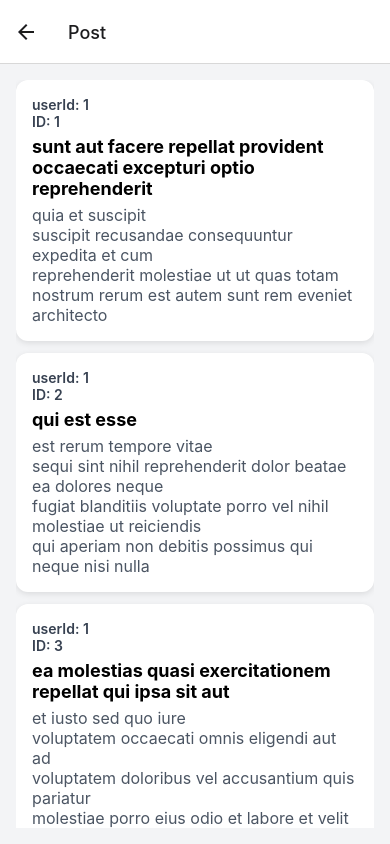
Repository: nawaz1568/Task_counter
Screen: /Post
These files come from the project's save history. The screen is drawn as it stood at one moment and after the next save; the edit follows.
The page's requests for data from a server got no answer. An inner scrolling area shows only its first screen. The app was drawn by React Native's web renderer in a window 390 px wide. The project was rebuilt for these pictures with package versions that can differ from the ones it lists, and the page was loaded fresh each time. No one was signed in, and anything a server would have sent is missing. Also part of the build but not shown: src/components/Header.js, src/screens/PostListScreen.js, src/screens/PostDetailScreen.js, src/screens/CounterScreen.js, src/screens/AnotherDetailScreen.js.

Above is the screen before, as saved 2025-09-09 14:25:44.

After the next save:
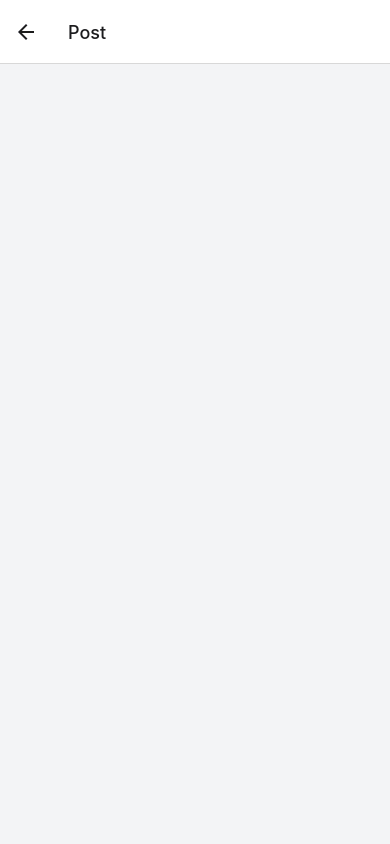
Saved 101 s later.
--- a/src/screens/PostsScreen.js
+++ b/src/screens/PostsScreen.js
@@ -1,64 +1,48 @@
-import React from 'react';
-import { View, Text, FlatList, TouchableOpacity, StyleSheet } from 'react-native';
-import postsData from '../data/posts.json'; // your JSON file
+import React, { useEffect, useState } from 'react';
+import { View, Text, FlatList, TouchableOpacity, StyleSheet, ActivityIndicator } from 'react-native';
 
 export default function PostsScreen({ navigation }) {
+  const [posts, setPosts] = useState([]);
+  const [loading, setLoading] = useState(true);
+
+  useEffect(() => {
+    fetch('https://jsonplaceholder.typicode.com/posts')
+      .then((res) => res.json())
+      .then((data) => setPosts(data))
+      .finally(() => setLoading(false))
+      .catch((err) => console.log(err));
+  }, []);
+
   const renderItem = ({ item }) => (
     <TouchableOpacity
       style={styles.card}
       onPress={() =>
         navigation.navigate('AnotherDetails', {
-          name: item.title,        // pass title
-          description: item.body,  // pass body
+          name: item.title,
+          description: item.body,
         })
       }
     >
-      <Text style={styles.heading}>userId: {item.userId}</Text>
-      <Text style={styles.heading}>ID: {item.id}</Text>
+      <Text style={styles.heading}>User ID: {item.userId}</Text>
+      <Text style={styles.heading}>Post ID: {item.id}</Text>
       <Text style={styles.title}>{item.title}</Text>
       <Text style={styles.body}>{item.body}</Text>
     </TouchableOpacity>
   );
 
+  if (loading) return <ActivityIndicator size="large" style={{ flex: 1 }} />;
+
   return (
     <View style={styles.container}>
-      <FlatList
-        data={postsData}
-        keyExtractor={(item) => item.id.toString()}
-        renderItem={renderItem}
-      />
+      <FlatList data={posts} keyExtractor={(item) => item.id.toString()} renderItem={renderItem} />
     </View>
   );
 }
 
 const styles = StyleSheet.create({
-  container: {
-    flex: 1,
-    padding: 16,
-    backgroundColor: '#f3f4f6',
-  },
-  card: {
-    backgroundColor: '#fff', // white background for cards
-    padding: 16,
-    borderRadius: 12,
-    marginBottom: 12,
-    shadowColor: '#000',
-    shadowOpacity: 0.1,
-    shadowRadius: 6,
-    shadowOffset: { width: 0, height: 2 },
-  },
-  heading: {
-    fontSize: 14,
-    fontWeight: '600',
-    color: '#374151',
-  },
-  title: {
-    fontSize: 18,
-    fontWeight: '700',
-    marginVertical: 6,
-  },
-  body: {
-    fontSize: 16,
-    color: '#4b5563',
-  },
+  container: { flex: 1, padding: 16, backgroundColor: '#f3f4f6' },
+  card: { backgroundColor: '#fff', padding: 16, borderRadius: 12, marginBottom: 12 },
+  heading: { fontSize: 14, fontWeight: '600' },
+  title: { fontSize: 18, fontWeight: '700', marginVertical: 6 },
+  body: { fontSize: 16 },
 });

After the save that followed:
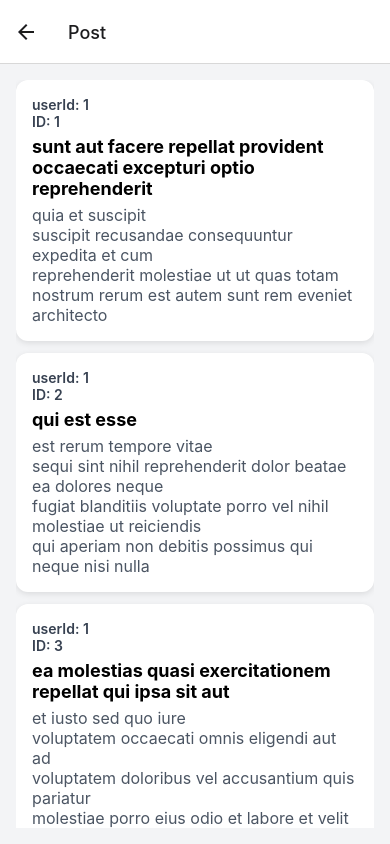
Saved 34 s later.
--- a/src/screens/PostsScreen.js
+++ b/src/screens/PostsScreen.js
@@ -1,48 +1,64 @@
-import React, { useEffect, useState } from 'react';
-import { View, Text, FlatList, TouchableOpacity, StyleSheet, ActivityIndicator } from 'react-native';
+import React from 'react';
+import { View, Text, FlatList, TouchableOpacity, StyleSheet } from 'react-native';
+import postsData from '../data/posts.json'; // your JSON file
 
 export default function PostsScreen({ navigation }) {
-  const [posts, setPosts] = useState([]);
-  const [loading, setLoading] = useState(true);
-
-  useEffect(() => {
-    fetch('https://jsonplaceholder.typicode.com/posts')
-      .then((res) => res.json())
-      .then((data) => setPosts(data))
-      .finally(() => setLoading(false))
-      .catch((err) => console.log(err));
-  }, []);
-
   const renderItem = ({ item }) => (
     <TouchableOpacity
       style={styles.card}
       onPress={() =>
         navigation.navigate('AnotherDetails', {
-          name: item.title,
-          description: item.body,
+          name: item.title,        // pass title
+          description: item.body,  // pass body
         })
       }
     >
-      <Text style={styles.heading}>User ID: {item.userId}</Text>
-      <Text style={styles.heading}>Post ID: {item.id}</Text>
+      <Text style={styles.heading}>userId: {item.userId}</Text>
+      <Text style={styles.heading}>ID: {item.id}</Text>
       <Text style={styles.title}>{item.title}</Text>
       <Text style={styles.body}>{item.body}</Text>
     </TouchableOpacity>
   );
 
-  if (loading) return <ActivityIndicator size="large" style={{ flex: 1 }} />;
-
   return (
     <View style={styles.container}>
-      <FlatList data={posts} keyExtractor={(item) => item.id.toString()} renderItem={renderItem} />
+      <FlatList
+        data={postsData}
+        keyExtractor={(item) => item.id.toString()}
+        renderItem={renderItem}
+      />
     </View>
   );
 }
 
 const styles = StyleSheet.create({
-  container: { flex: 1, padding: 16, backgroundColor: '#f3f4f6' },
-  card: { backgroundColor: '#fff', padding: 16, borderRadius: 12, marginBottom: 12 },
-  heading: { fontSize: 14, fontWeight: '600' },
-  title: { fontSize: 18, fontWeight: '700', marginVertical: 6 },
-  body: { fontSize: 16 },
+  container: {
+    flex: 1,
+    padding: 16,
+    backgroundColor: '#f3f4f6',
+  },
+  card: {
+    backgroundColor: '#fff', // white background for cards
+    padding: 16,
+    borderRadius: 12,
+    marginBottom: 12,
+    shadowColor: '#000',
+    shadowOpacity: 0.1,
+    shadowRadius: 6,
+    shadowOffset: { width: 0, height: 2 },
+  },
+  heading: {
+    fontSize: 14,
+    fontWeight: '600',
+    color: '#374151',
+  },
+  title: {
+    fontSize: 18,
+    fontWeight: '700',
+    marginVertical: 6,
+  },
+  body: {
+    fontSize: 16,
+    color: '#4b5563',
+  },
 });
